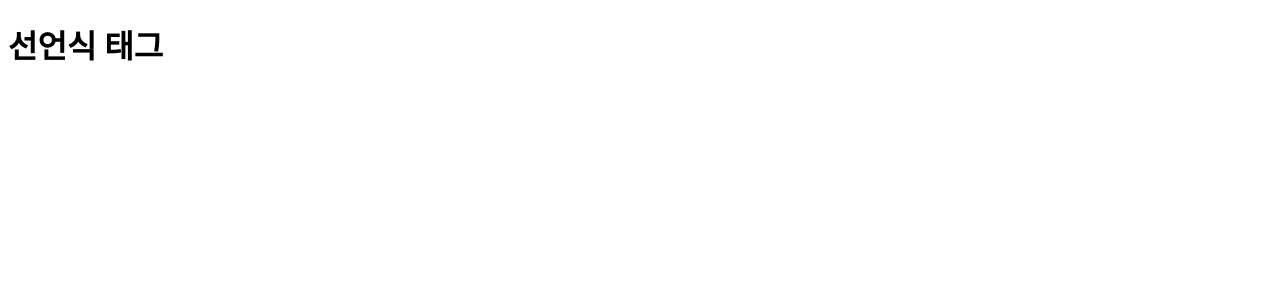
Repository: beescuit9510/toyProjects
Page: http://localhost/04_jspProject/jsp/declation.jsp
These files come from the project's save history. The page is drawn as it stood at one moment and after the next save; the edit follows.
The browser window is 1280 px wide. The pictures show the whole page.
The page is served by Tomcat 9.

Above is the page before, as saved 2021-09-30 04:58:17.

### web-server-workplace/04_jspProject/src/main/webapp/jsp/declation.jsp
<%@ page language="java" contentType="text/html; charset=UTF-8"
    pageEncoding="UTF-8"%>
<!DOCTYPE html>
<html>
<head>
<meta charset="UTF-8">
<title>Insert title here</title>
</head>
<body>
	<h1>선언식 태그</h1>
</body>
</html>

After the next save:
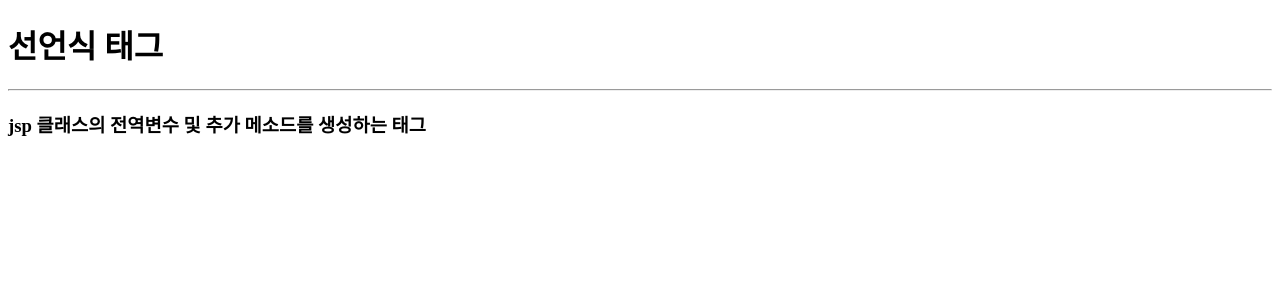
Saved 79 s later.
--- a/web-server-workplace/04_jspProject/src/main/webapp/jsp/declation.jsp
+++ b/web-server-workplace/04_jspProject/src/main/webapp/jsp/declation.jsp
@@ -8,5 +8,7 @@
 </head>
 <body>
 	<h1>선언식 태그</h1>
+	<hr>
+	<h3>jsp 클래스의 전역변수 및 추가 메소드를 생성하는 태그</h3>
 </body>
 </html>
